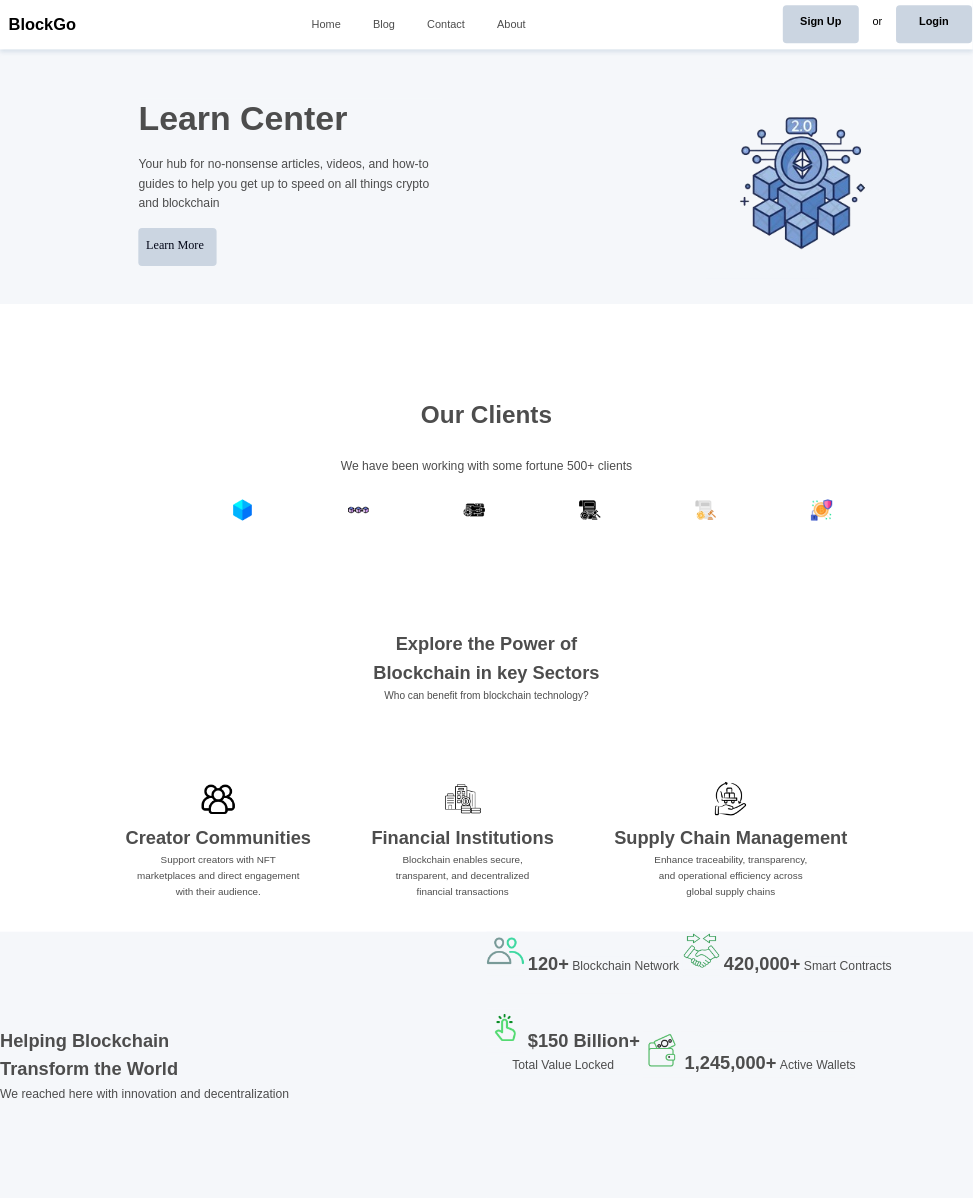
Repository: Tafsirul555/Assignment
Page: Assignment1.html
The author's editor kept a copy of each file at every save. The page is drawn from the files as they stood at one save, then again after a run of saves.
The browser window is 1280 px wide. The pictures show the whole page, at 76% of full size.

Above is the page before, as saved 2025-06-09 01:56:54.

After the next 3 saves:
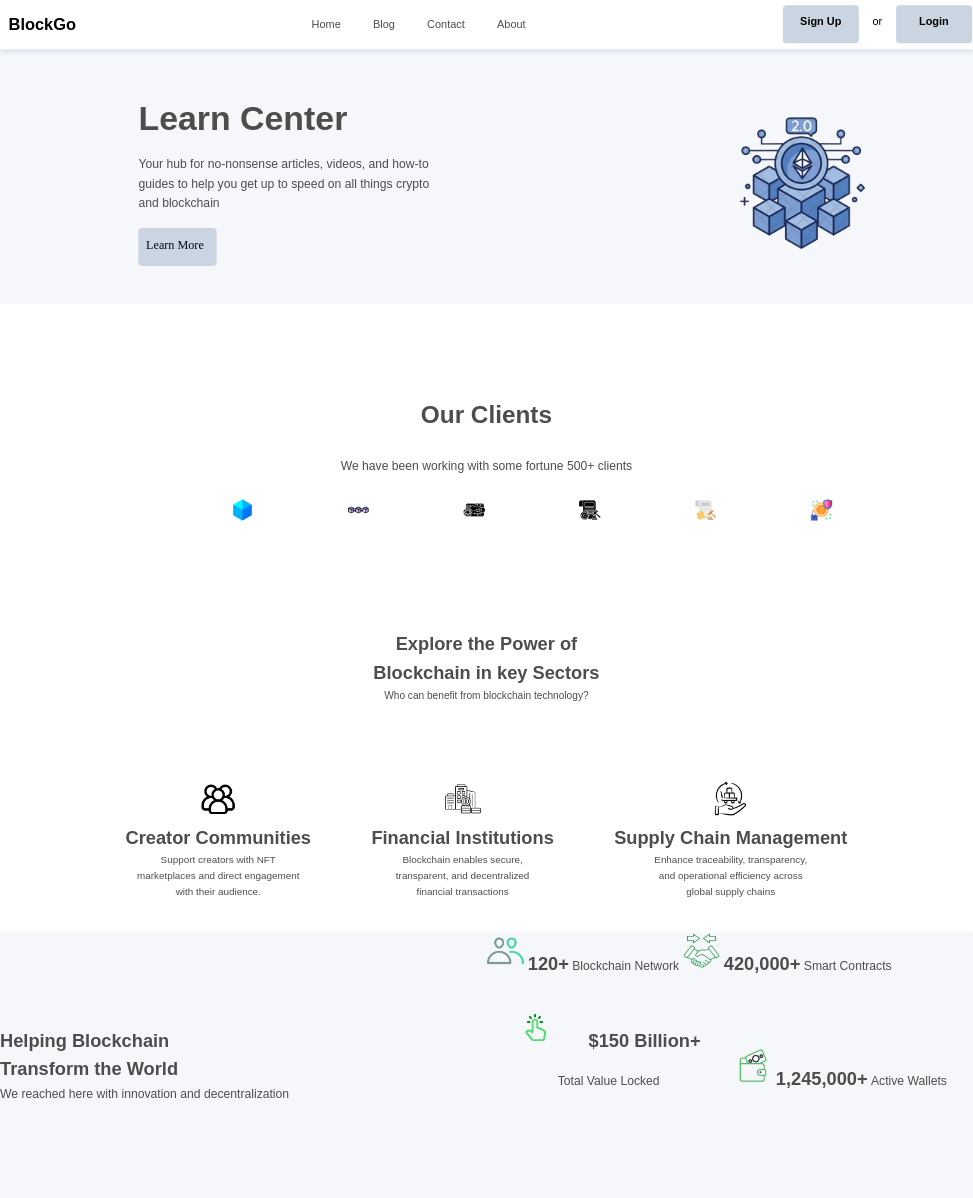
The 3 saves are shown as one change because they came seconds apart.
The last was saved 13 s later.
--- a/Assignment1.css
+++ b/Assignment1.css
@@ -342,7 +342,7 @@
 .figure-tvl h2{
     display: inline-block;
     text-align: center;
-    margin-top: 20px;
+    padding: 20px;
 }
 
 

After the save that followed:
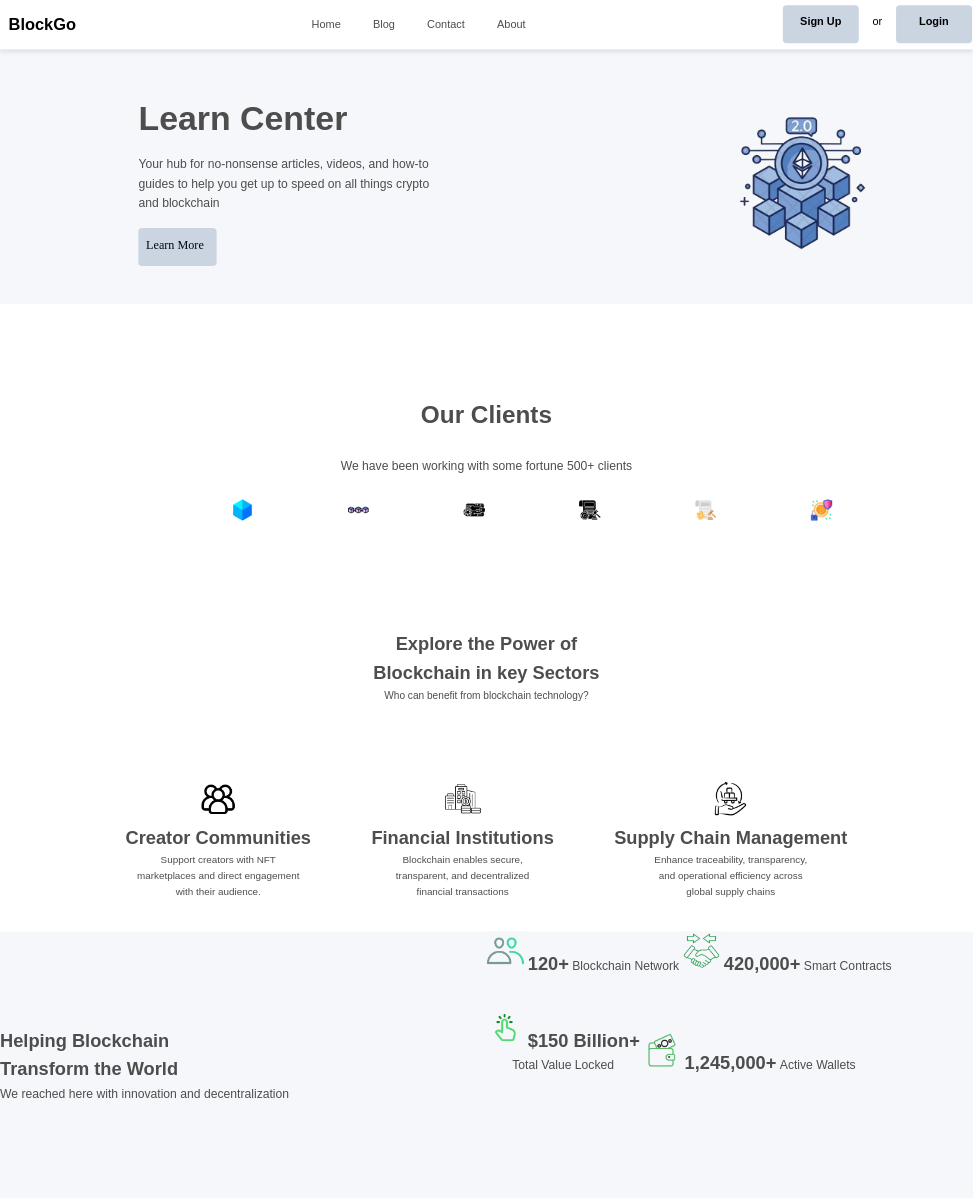
Saved 4 s later.
--- a/Assignment1.css
+++ b/Assignment1.css
@@ -342,7 +342,7 @@
 .figure-tvl h2{
     display: inline-block;
     text-align: center;
-    padding: 20px;
+    padding-top: 20px;
 }
 
 
